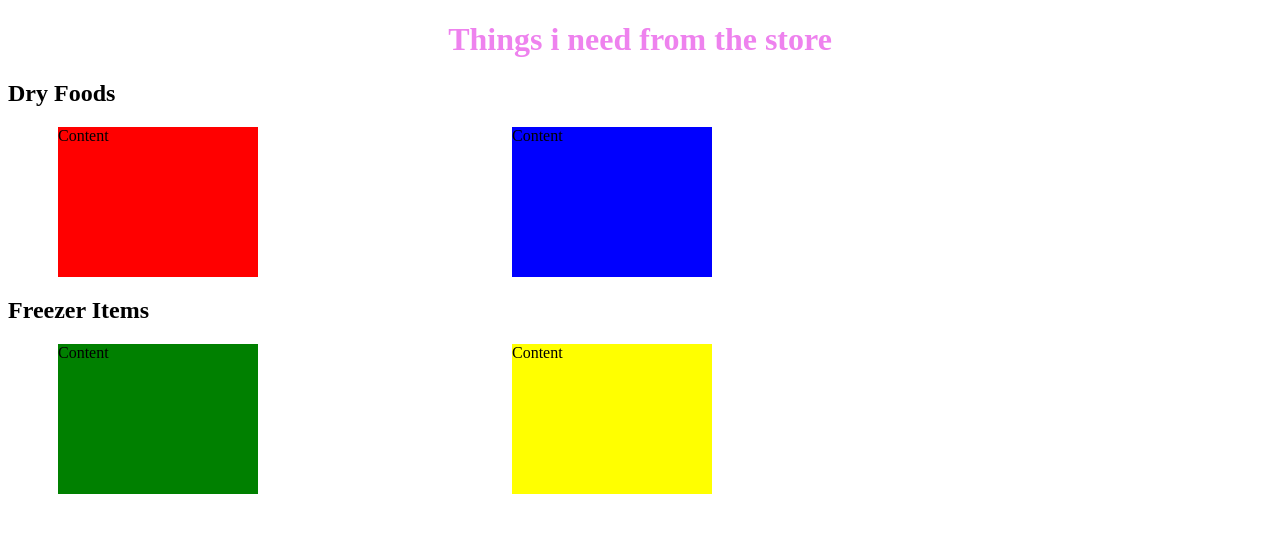
Repository: TheTroyPhillips/Block14
Page: Coursework/Block06/index.html
An editor plug-in stored every save of this project. The page is shown before and after a run of saves, followed by the edit.
The browser window is 1280 px wide. The pictures show the whole page.

Above is the page before, as saved 2023-08-29 17:27:31.

After the next 3 saves:
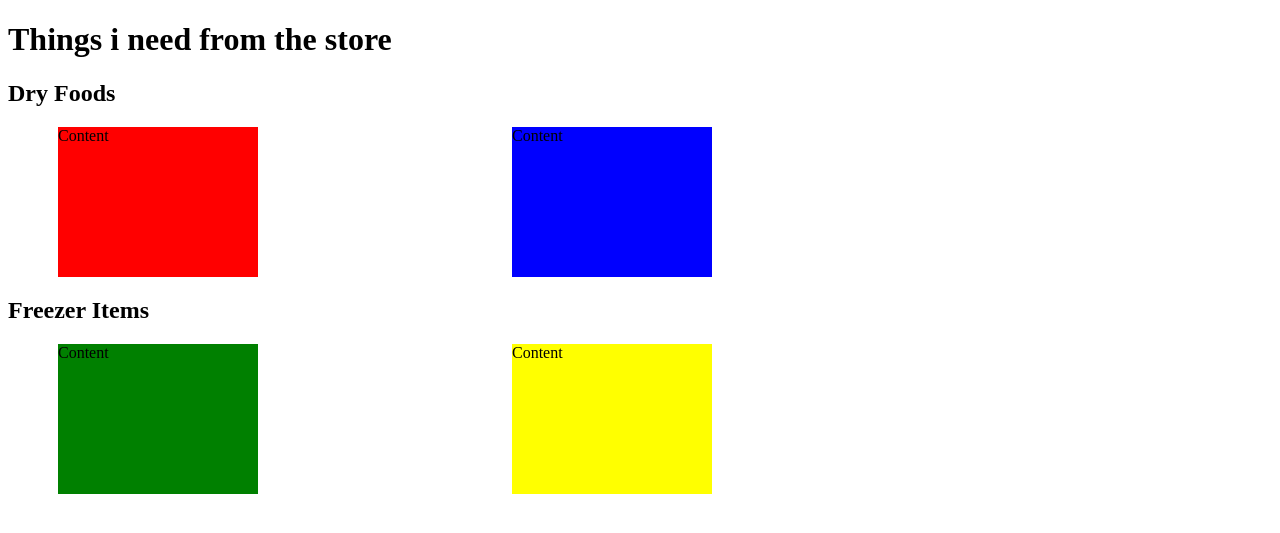
The 3 saves are shown as one change because they came seconds apart.
The last was saved 2 min 16 s later.
--- a/Coursework/Block06/styles.css
+++ b/Coursework/Block06/styles.css
@@ -1,7 +1,3 @@
-h1 {
-    color: violet;
-    text-align: center;
-}
 h2 {
     margin-top: ;
 }
